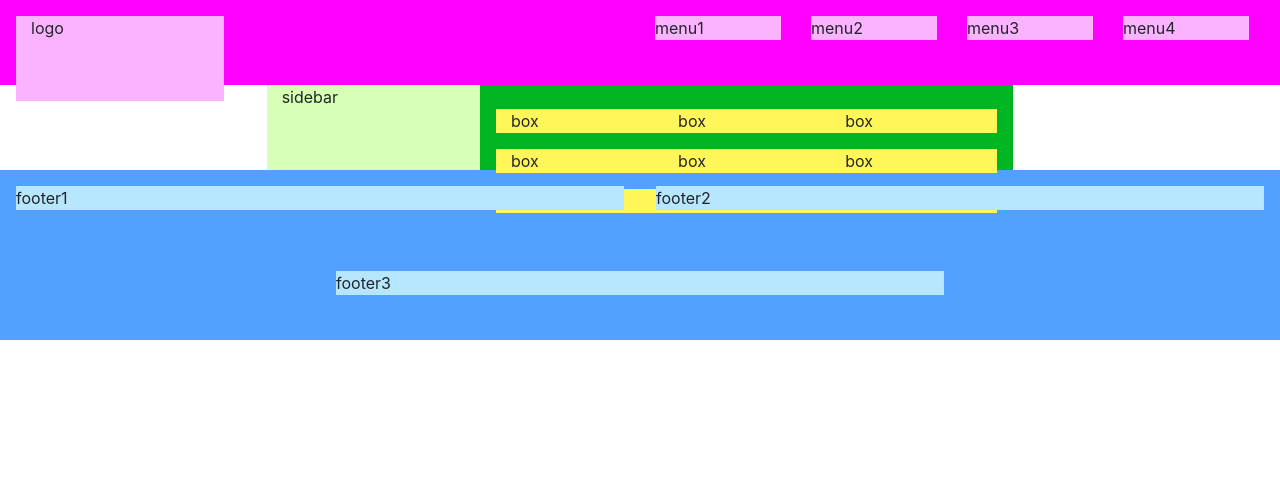
Repository: yuta0108/booker1-debug
Page: bootstrap_practice/index.html
The author's editor kept a record of every edit. The page is drawn from the files as they stood at one moment, then again after the next edit.
The browser window is 1280 px wide. The pictures show the whole page.

Above is the page before.

After the next edit:
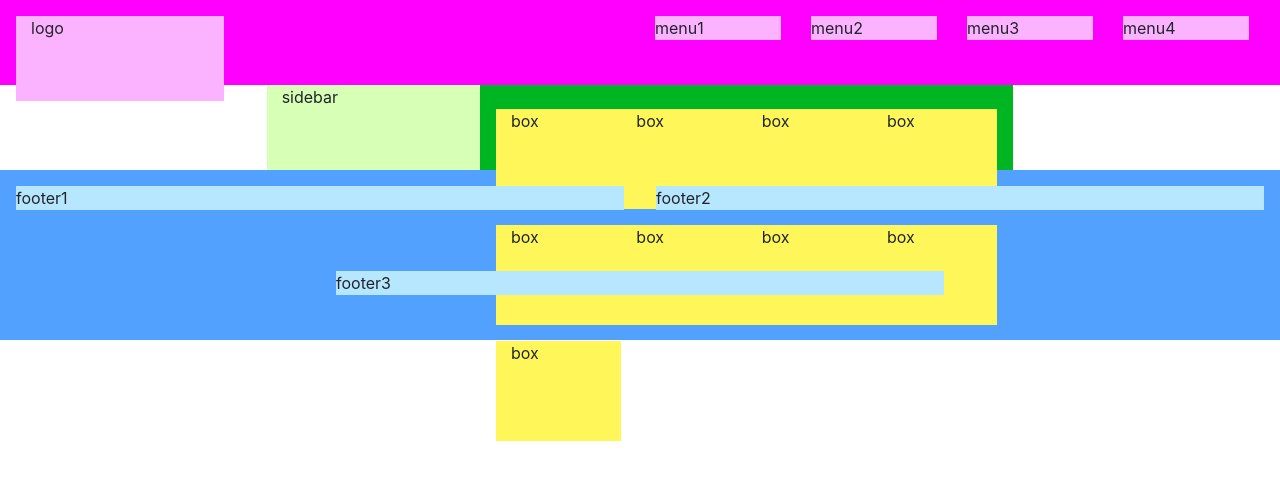
The edit:
--- a/bootstrap_practice/index.html
+++ b/bootstrap_practice/index.html
@@ -43,15 +43,15 @@
         <div class="col-2" style="background-color: #d8ffb6">sidebar</div>
         <div class="col-5" style="background-color: #00b522">
         <div class="row px-3 py-3 row-cols-3">
-          <div class="col my-2" style="background-color: #fff75a">box</div>
-          <div class="col my-2" style="background-color: #fff75a">box</div>
-          <div class="col my-2" style="background-color: #fff75a">box</div>
-          <div class="col my-2" style="background-color: #fff75a">box</div>
-          <div class="col my-2" style="background-color: #fff75a">box</div>
-          <div class="col my-2" style="background-color: #fff75a">box</div>
-          <div class="col my-2" style="background-color: #fff75a">box</div>
-          <div class="col my-2" style="background-color: #fff75a">box</div>
-          <div class="col my-2" style="background-color: #fff75a">box</div>
+          <div class="col-3 my-2" style="background-color: #fff75a">box</div>
+          <div class="col-3 my-2" style="background-color: #fff75a">box</div>
+          <div class="col-3 my-2" style="background-color: #fff75a">box</div>
+          <div class="col-3 my-2" style="background-color: #fff75a">box</div>
+          <div class="col-3 my-2" style="background-color: #fff75a">box</div>
+          <div class="col-3 my-2" style="background-color: #fff75a">box</div>
+          <div class="col-3 my-2" style="background-color: #fff75a">box</div>
+          <div class="col-3 my-2" style="background-color: #fff75a">box</div>
+          <div class="col-3 my-2" style="background-color: #fff75a">box</div>
         </div>
         </div>
       </div>
